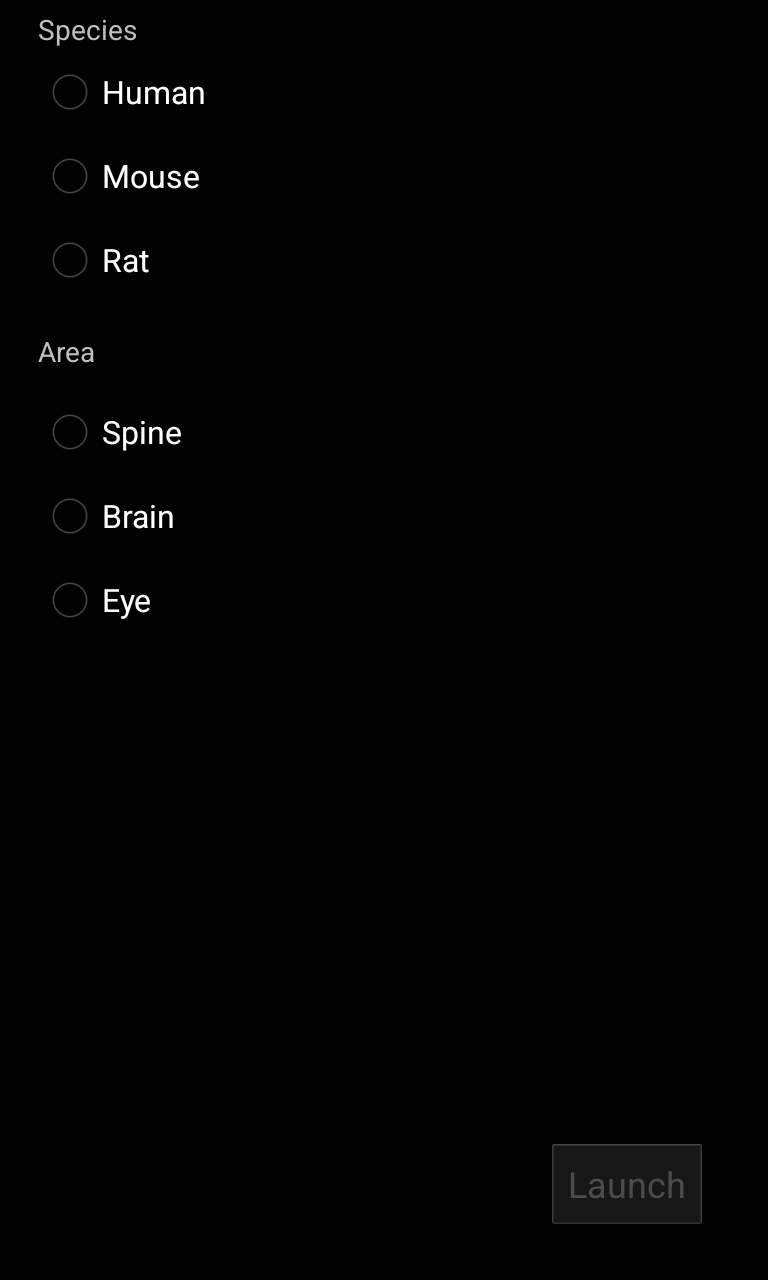
Repository: Ekarg/CSCE315Project3
Layout: Project3/res/layout/activity_main.xml
The author's editor kept a copy of each file at every save. The layout is drawn from the files as they stood at one save, then again after the next save.
It is drawn on a 768 x 1280 px phone screen (xhdpi) without system bars, with theme android:Theme.Holo; the app's code is not run.

Above is the layout before, as saved 2013-11-27 20:21:12.

After the next save:
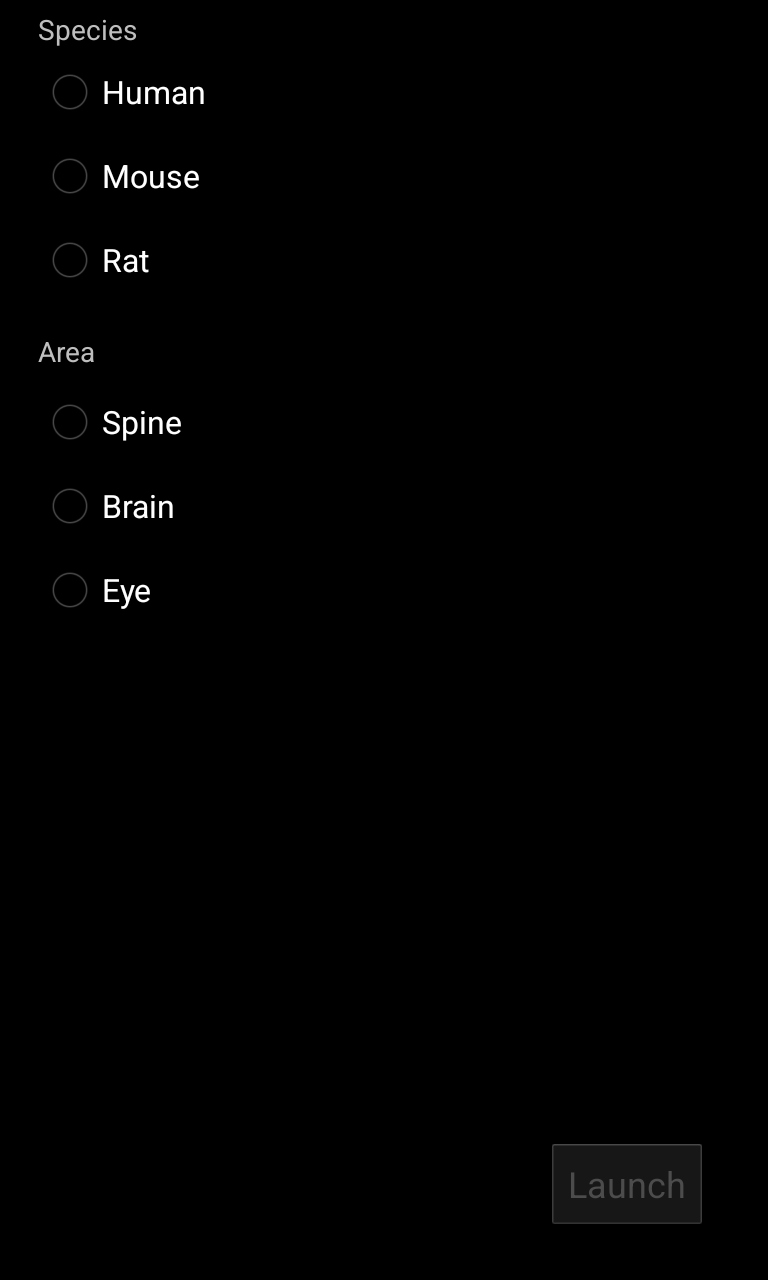
Saved 18 s later.
--- a/Project3/res/layout/activity_main.xml
+++ b/Project3/res/layout/activity_main.xml
@@ -91,7 +91,7 @@
             android:layout_height="wrap_content"
             android:layout_marginLeft="14dp"
             android:checked = "false"
-            android:layout_marginTop="195dp"
+            android:layout_marginTop="190dp"
 	        android:onClick="onRadioButtonClicked"
 	        android:text="@string/spine" />
 
